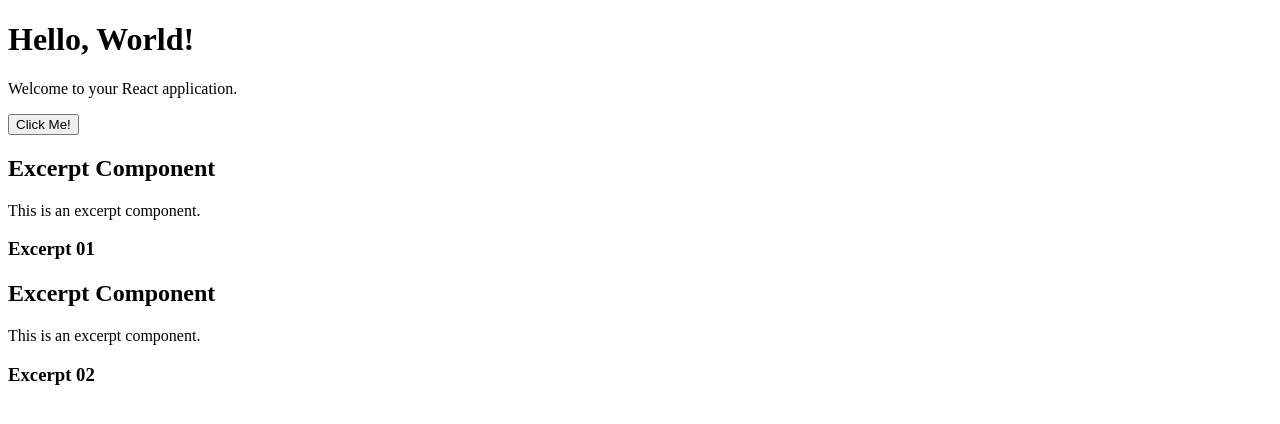
Repository: wendeshiro/D3-F-week1
Page: /
The author's editor kept a copy of each file at every save. The page is drawn from the files as they stood at one save, then again after the next save.
The browser window is 1280 px wide. The pictures show the whole page.
The project was rebuilt for these pictures with package versions that can differ from the ones it lists, and the page was loaded fresh each time. Also part of the build but not shown: vite.config.js, src/index.css.

Above is the page before, as saved 2025-09-08 15:53:21.

After the next save:
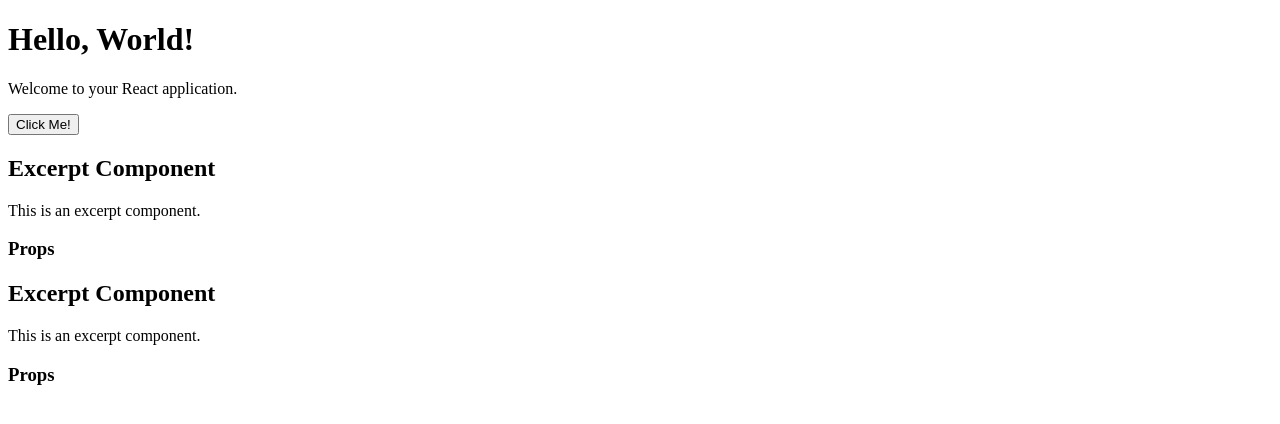
Saved 4 s later.
--- a/src/App.jsx
+++ b/src/App.jsx
@@ -15,7 +15,7 @@ function Excerpt({ title, body }) {
     <div className="Excerpt">
       <h2>Excerpt Component</h2>
       <p>This is an excerpt component.</p>
-      <h3>{title}</h3>
+      <h3>Props</h3>
     </div>
   );
 }
